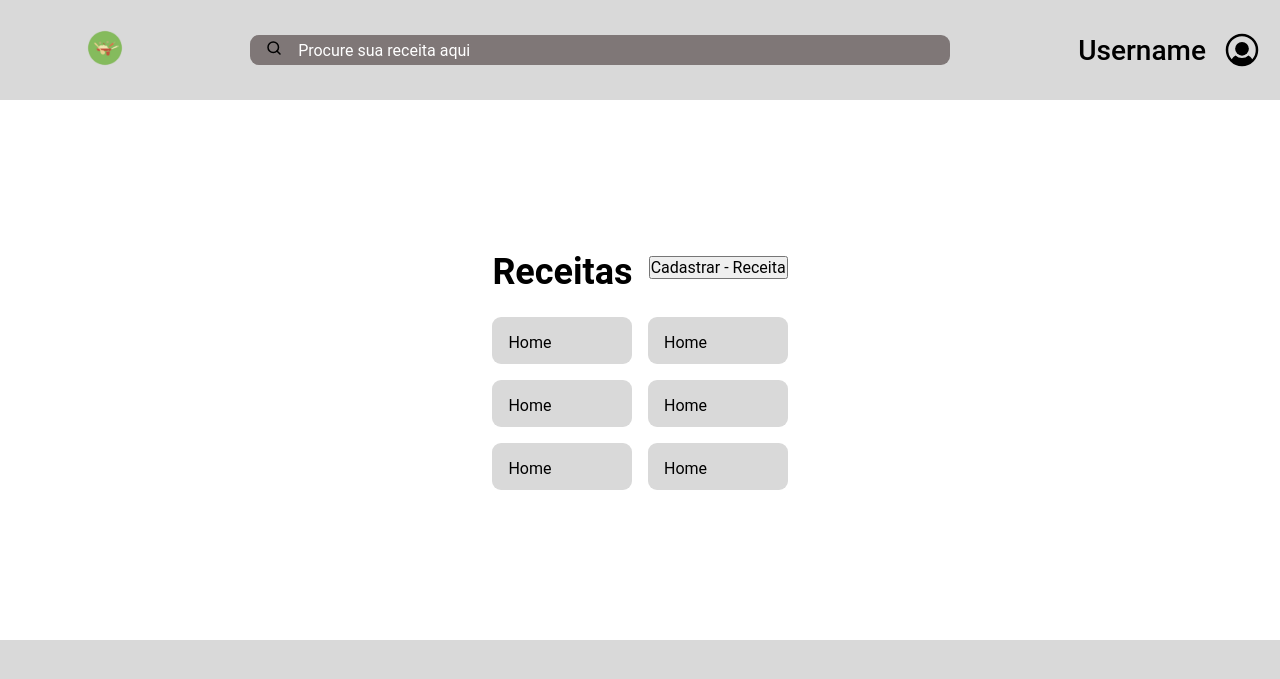
Repository: GabrielEduardoBrambilla/receitas-online
Page: /
An editor plug-in stored every save of this project. The page is shown before and after the next save, followed by the edit.
The browser window is 1280 px wide. The pictures show the whole page.
The project was rebuilt for these pictures with package versions that can differ from the ones it lists, and the page was loaded fresh each time. Also part of the build but not shown: vite.config.js.

Above is the page before, as saved 2024-04-15 21:14:34.

### src/pages/Home/index.jsx
import React from 'react'
import { Container, TitleWrapper, CardWrapper } from './styles'
import { Navbar } from '../../components/Navbar'
import { RecipeCard } from '../../components/RecipeCard'
import { RecipeRegisterModal } from '../../components/RecipeRegisterModal'

export function Home() {
  return <Container>
    <Navbar />
    <main>
      <TitleWrapper>
        <h2>Receitas</h2>
        <RecipeRegisterModal buttonText="Cadastrar - Receita"/>
      </TitleWrapper>

      <CardWrapper>
        <RecipeCard />
        <RecipeCard />
        <RecipeCard />
        <RecipeCard />
        <RecipeCard />
        <RecipeCard />
      </CardWrapper>
    </main>

    <footer></footer>
  </Container>
}

### src/styles/global.js
import { createGlobalStyle } from 'styled-components'

export const GlobalStyle = createGlobalStyle`
  * {
    margin: 0;
    padding: 0;
    box-sizing: border-box;
  }

  :focus {
    outline: none;
  }

  body {
    -webkit-font-smoothing: antialiased;
  }

  body, input, textarea, button {
    font-family: 'Roboto', sans-serif;
    font-weight: 400;
    font-size: 1rem;
  }
`

### src/pages/Home/styles.js
import styled from 'styled-components'

export const Container = styled.div`
  display: flex;
  justify-content: space-between;
  flex-direction: column;
  min-height: 100vh;

  > main {
    display: flex;
    flex-direction: column;
    gap: 24px;
    justify-content: center;
    align-items: c;
    /* min-height: 80vh; */
    max-width: 1000px;
    margin: auto;
  }

  > footer {
    height: 80px;
    width: 100%;
    background-color: #d9d9d9;
  }
`
export const TitleWrapper = styled.div`
  display: flex;
  gap: 16px;

  font-size: 24px;
  font-weight: bold;

  > button {
    font-size: 16px;
    line-height: 0%;
    font-weight: bold;
    color: white;
    background-color: #85bb5d;
    border-radius: 9px;
    border: none;
    padding: 5px 34px;
  }
`
export const CardWrapper = styled.div`
  display: grid;
  grid-template-columns: 1fr 1fr;
  gap: 16px;
`

### src/components/Navbar/index.jsx
import {
  Container, LogoContainer,
  SearchForm,
  UserWrapper
} from './styles'
import Logo from '../../assets/Logo.svg'
import { UserCircle, MagnifyingGlass, Heart } from 'phosphor-react'

export function Navbar() {
  return (
    <Container>

      <LogoContainer>
        <img src={Logo} alt="" />
      </LogoContainer>


      <SearchForm>
        <label htmlFor="search">
          <MagnifyingGlass size={16} weight="bold" />
        </label>
        <input type="text" id='search' placeholder='Procure sua receita aqui' />
      </SearchForm>


      <UserWrapper>
        <p>Username</p>
        <UserCircle size={40} weight="fill" />

      </UserWrapper>


    </Container>
  )
}

### src/components/RecipeCard/index.js
import React from 'react'
import { Container } from './styles'

export function RecipeCard() {
  return <Container>Home</Container>
}

### src/components/RecipeRegisterModal/index.jsx
import React from 'react'
import { Container } from './styles'
import Modal from 'react-modal'

export function RecipeRegisterModal({buttonText}) {
  const [modalIsOpen, setIsOpen] = React.useState(false);

  function openModal() {
    setIsOpen(true);
  }

  function closeModal() {
    setIsOpen(false);
  }

  return <Container>
      <button onClick={openModal}>{buttonText}</button>
      <Modal
        isOpen={modalIsOpen}
        onRequestClose={closeModal}
      >
        <button onClick={closeModal}>close</button>
      </Modal>
  </Container>
}

### src/components/Navbar/styles.js
import styled from 'styled-components'

export const Container = styled.div`
  display: flex;
  flex: 1;
  justify-content: space-between;
  align-items: center;

  background-color: #d9d9d9;
  max-height: 100px;

  padding: 0px 10px 0px 80px;
`
export const LogoContainer = styled.div`
  > img {
    width: 50px;
    height: 50px;
    object-fit: cover;
  }
`
export const SearchForm = styled.form`
  display: flex;
  gap: 16px;
  align-items: center;
  width: 700px;
  height: 30px;
  background-color: #7f7777;
  border-radius: 9px;
  padding: 6px 16px;

  > input {
    background-color: #7f7777;
    border: none;
    color: white;

    &::placeholder {
      color: white;
    }
  }
`
export const UserWrapper = styled.div`
  display: flex;
  gap: 16px;
  align-items: center;
  padding: 8px;
  border-radius: 6px;

  > p {
    font-size: 28px;
    font-weight: 500;
  }
`

### src/components/RecipeCard/styles.js
import styled from 'styled-components'
export const Container = styled.div`
  background-color: #d9d9d9;
  padding: 16px 12px 12px 16px;
  border-radius: 9px;
  width: 100%;
  max-width: 555px;

  > h3 {
    font-size: 22px;
    margin-bottom: 6px;
  }
  > p {
    font-size: 16px;
    font-weight: normal;
  }
`

### src/components/RecipeRegisterModal/styles.js
import styled from 'styled-components'
export const Container = styled.div``

### src/components/DefaultModal/index.jsx
import React from 'react'
import { Container } from './styles'
import Modal from 'react-modal'

export function DefaultModal({buttonText}) {
  const [modalIsOpen, setIsOpen] = React.useState(false);

  function openModal() {
    setIsOpen(true);
  }

  function closeModal() {
    setIsOpen(false);
  }

  return <Container>
      <button onClick={openModal}>{buttonText}</button>
      <Modal
        isOpen={modalIsOpen}
        onRequestClose={closeModal}
      >
        <button onClick={closeModal}>close</button>
      </Modal>
  </Container>
}

### src/components/DefaultModal/styles.js
import styled from 'styled-components'
export const Container = styled.div``

Loaded but not shown: index.html (common file); src/main.jsx (common file); src/App.jsx (common file)

After the next save:
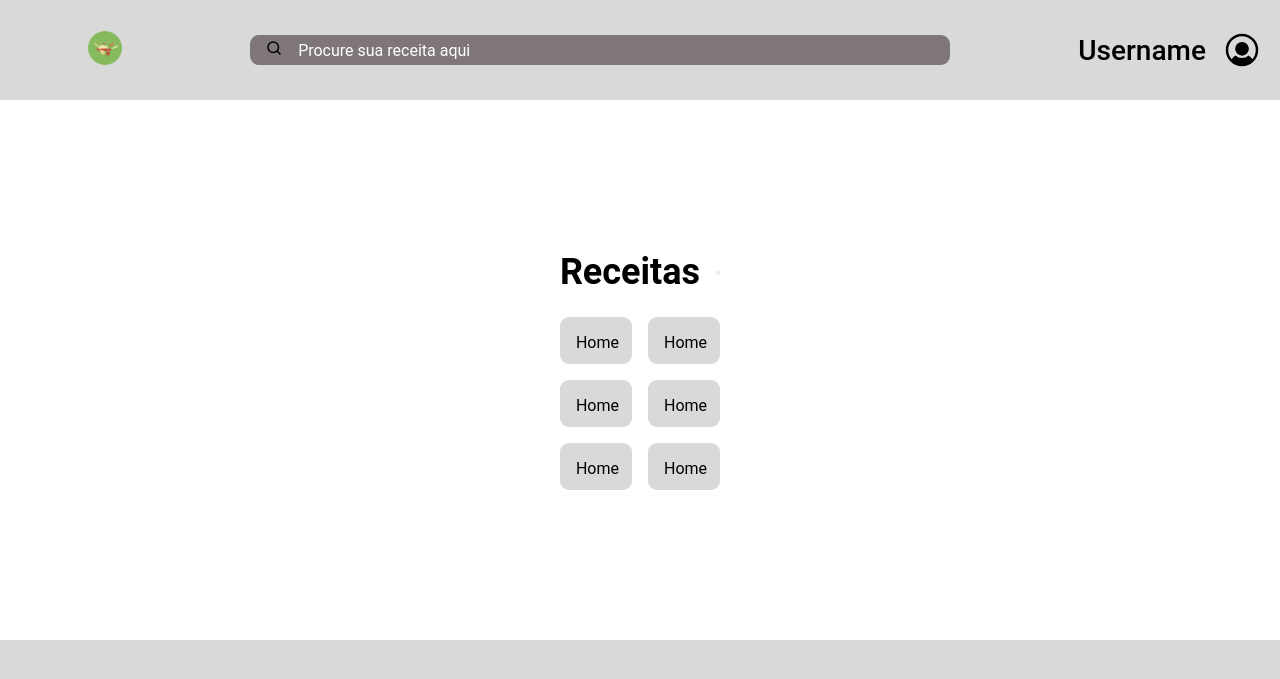
Saved 48 s later.
--- a/src/components/RecipeRegisterModal/index.jsx
+++ b/src/components/RecipeRegisterModal/index.jsx
@@ -1,25 +1,8 @@
 import React from 'react'
 import { Container } from './styles'
 import Modal from 'react-modal'
+import { DefaultModal } from '../DefaultModal'
 
 export function RecipeRegisterModal({buttonText}) {
-  const [modalIsOpen, setIsOpen] = React.useState(false);
-
-  function openModal() {
-    setIsOpen(true);
-  }
-
-  function closeModal() {
-    setIsOpen(false);
-  }
-
-  return <Container>
-      <button onClick={openModal}>{buttonText}</button>
-      <Modal
-        isOpen={modalIsOpen}
-        onRequestClose={closeModal}
-      >
-        <button onClick={closeModal}>close</button>
-      </Modal>
-  </Container>
+  return <DefaultModal />
 }

After the 2 saves that followed:
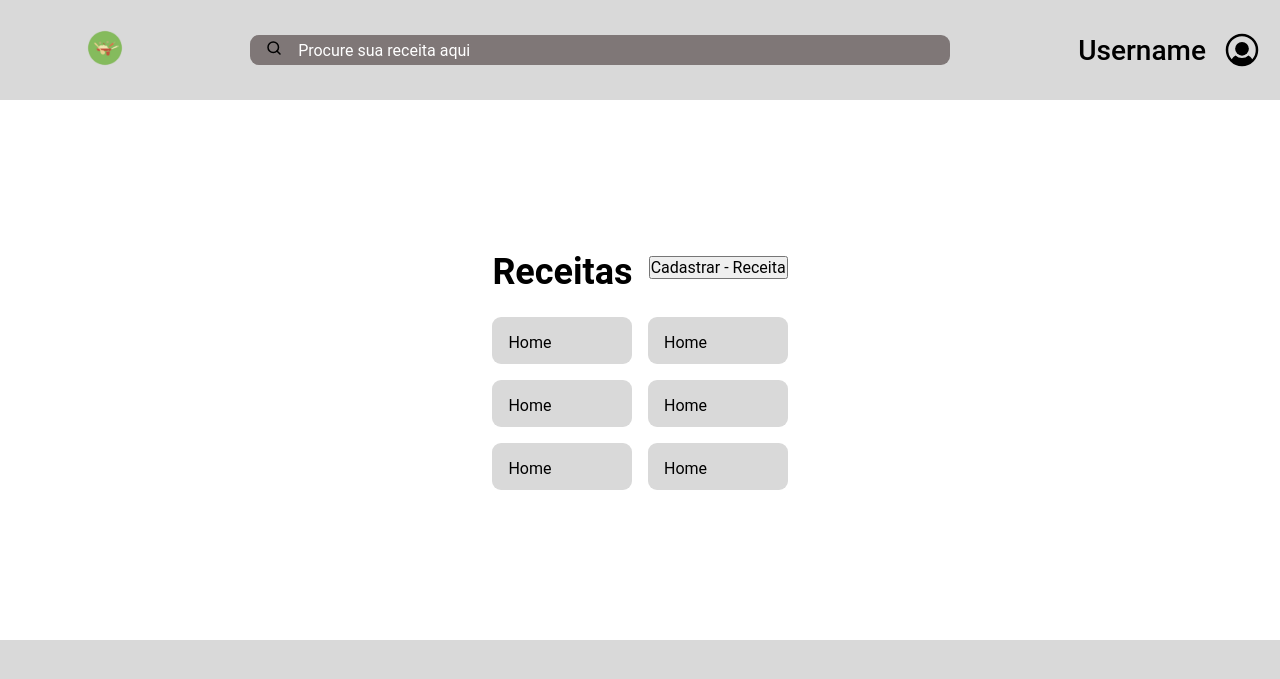
The 2 saves are shown as one change because 1 left the picture as it was.
The last was saved 21 s later.
--- a/src/components/RecipeRegisterModal/index.jsx
+++ b/src/components/RecipeRegisterModal/index.jsx
@@ -4,5 +4,7 @@
 import { DefaultModal } from '../DefaultModal'
 
 export function RecipeRegisterModal({buttonText}) {
-  return <DefaultModal />
+  return <DefaultModal buttonText={buttonText}>
+
+  </DefaultModal>
 }
